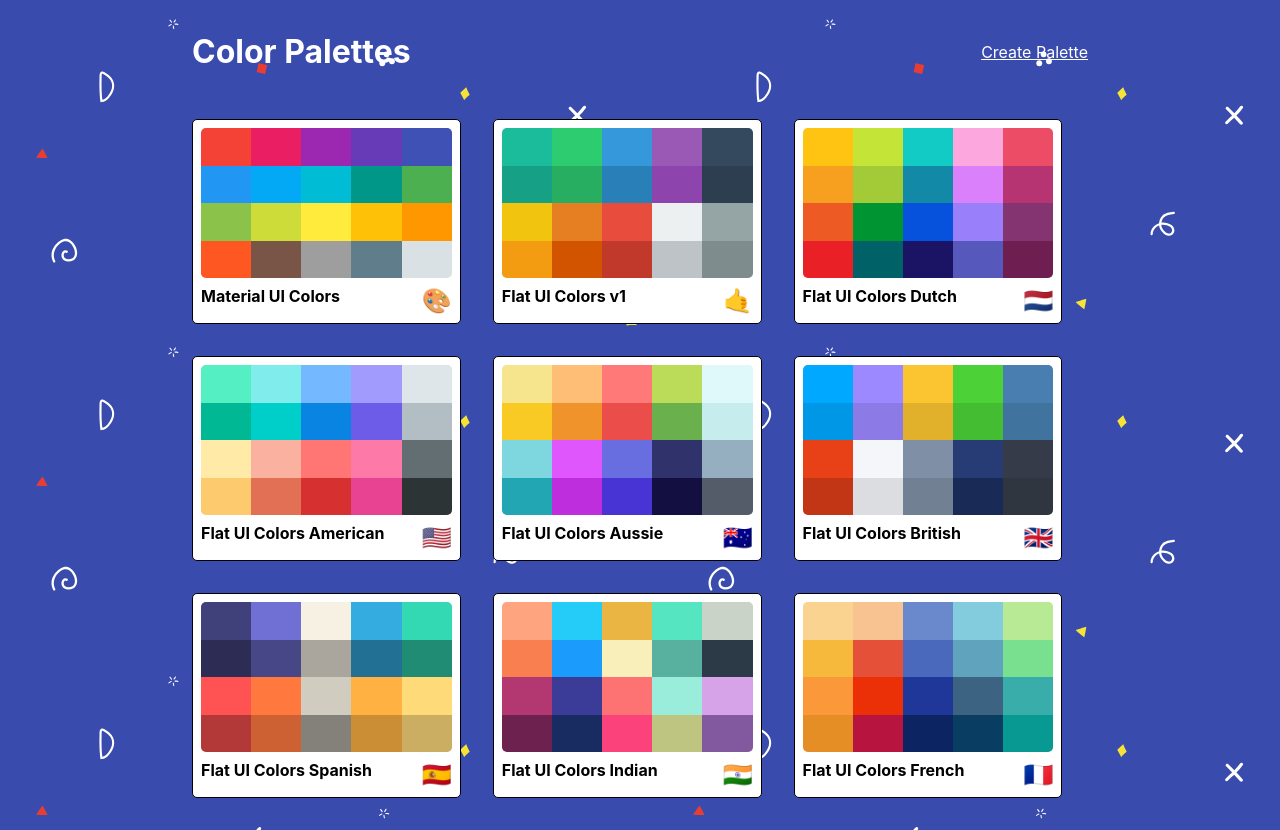
Repository: zhapar/colors-app
Page: /
An editor plug-in stored every save of this project. The page is shown before and after the next save, followed by the edit.
The browser window is 1280 px wide. The pictures show the whole page.
The project was rebuilt for these pictures with package versions that can differ from the ones it lists, and the page was loaded fresh each time. Also part of the build but not shown: src/styles/ColorBoxStyles.js, src/ColorBox.js, src/styles/PaletteFooterStyles.js, src/PaletteFooter.js, src/styles/PaletteStyles.js, src/Palette.js, src/SingleColorPalette.js. Imported but missing from the stored project, and not drawn on this page: src/Navbar, src/NewPaletteForm.

Above is the page before, as saved 2020-09-24 13:11:20.

### public/index.html
<!DOCTYPE html>
<html lang="en">
  <head>
    <meta charset="utf-8" />
    <link rel="icon" href="%PUBLIC_URL%/logo.png" />
    <meta name="viewport" content="width=device-width, initial-scale=1" />
    <meta name="theme-color" content="#000000" />
    <meta
      name="description"
      content="Web site created using create-react-app"
    />
    <link rel="apple-touch-icon" href="%PUBLIC_URL%/logo.png" />
    <!--
      manifest.json provides metadata used when your web app is installed on a
      user's mobile device or desktop. See https://developers.google.com/web/fundamentals/web-app-manifest/
    -->
    <link rel="manifest" href="%PUBLIC_URL%/manifest.json" />
    <!--
      Notice the use of %PUBLIC_URL% in the tags above.
      It will be replaced with the URL of the `public` folder during the build.
      Only files inside the `public` folder can be referenced from the HTML.

      Unlike "/favicon.ico" or "favicon.ico", "%PUBLIC_URL%/favicon.ico" will
      work correctly both with client-side routing and a non-root public URL.
      Learn how to configure a non-root public URL by running `npm run build`.
    -->
    <title>React Color Palettes</title>
  </head>
  <body>
    <noscript>You need to enable JavaScript to run this app.</noscript>
    <div id="root"></div>
    <!--
      This HTML file is a template.
      If you open it directly in the browser, you will see an empty page.

      You can add webfonts, meta tags, or analytics to this file.
      The build step will place the bundled scripts into the <body> tag.

      To begin the development, run `npm start` or `yarn start`.
      To create a production bundle, use `npm run build` or `yarn build`.
    -->
  </body>
</html>

### src/App.js
import React, { Component } from "react";
import { Switch, Route } from "react-router-dom";
import { TransitionGroup, CSSTransition } from "react-transition-group";
import PaletteList from "./PaletteList";
import Palette from "./Palette";
import NewPaletteForm from "./NewPaletteForm";
import SingleColorPalette from "./SingleColorPalette";
import Page from "./Page";
import seedColors from "./seedColors";
import { generatePalette } from "./colorHelpers";

class App extends Component {
  constructor(props) {
    super(props);
    const savedPalettes = JSON.parse(window.localStorage.getItem("palettes"));
    this.state = {
      palettes: savedPalettes || seedColors,
    };
    this.savePalette = this.savePalette.bind(this);
    this.deletePalette = this.deletePalette.bind(this);
  }
  findPalette(id) {
    return this.state.palettes.find(function (palette) {
      return palette.id === id;
    });
  }
  savePalette(newPalette) {
    this.setState(
      { palettes: [...this.state.palettes, newPalette] },
      this.syncLocalStorage
    );
  }
  deletePalette(id) {
    this.setState(
      (st) => ({
        palettes: st.palettes.filter((palette) => palette.id !== id),
      }),
      this.syncLocalStorage
    );
  }
  syncLocalStorage() {
    window.localStorage.setItem(
      "palettes",
      JSON.stringify(this.state.palettes)
    );
  }
  render() {
    const { palettes } = this.state;
    return (
      <Route
        render={({ location }) => (
          <TransitionGroup>
            <CSSTransition key={location.key} classNames="fade" timeout={500}>
              <Switch location={location}>
                <Route
                  exact
                  path="/palette/new"
                  render={(routeProps) => (
                    <Page>
                      <NewPaletteForm
                        savePalette={this.savePalette}
                        palettes={palettes}
                        {...routeProps}
                      />
                    </Page>
                  )}
                />
                <Route
                  exact
                  path="/"
                  render={(routeProps) => (
                    <Page>
                      <PaletteList
                        palettes={palettes}
                        {...routeProps}
                        deletePalette={this.deletePalette}
                      />
                    </Page>
                  )}
                />
                <Route
                  exact
                  path="/palette/:id"
                  render={(routeProps) => (
                    <Page>
                      <Palette
                        palette={generatePalette(
                          this.findPalette(routeProps.match.params.id)
                        )}
                      />
                    </Page>
                  )}
                />
                <Route
                  exact
                  path="/palette/:paletteId/:colorId"
                  render={(routeProps) => (
                    <Page>
                      <SingleColorPalette
                        palette={generatePalette(
                          this.findPalette(routeProps.match.params.paletteId)
                        )}
                        colorId={routeProps.match.params.colorId}
                      />
                    </Page>
                  )}
                />
                <Route
                  render={(routeProps) => (
                    <Page>
                      <PaletteList
                        palettes={palettes}
                        {...routeProps}
                        deletePalette={this.deletePalette}
                      />
                    </Page>
                  )}
                />
              </Switch>
            </CSSTransition>
          </TransitionGroup>
        )}
      />

      // <div>
      //   <Palette palette={generatePalette(seedColors[1])} />
      // </div>
    );
  }
}

export default App;

### src/PaletteList.js
import React, { PureComponent } from "react";
import { TransitionGroup, CSSTransition } from "react-transition-group";
import { Link } from "react-router-dom";
import MiniPalette from "./MiniPalette";
import { withStyles } from "@material-ui/styles";
import Dialog from "@material-ui/core/Dialog";
import List from "@material-ui/core/List";
import ListItem from "@material-ui/core/ListItem";
import ListItemText from "@material-ui/core/ListItemText";
import Avatar from "@material-ui/core/Avatar";
import ListItemAvatar from "@material-ui/core/ListItemAvatar";
import CheckIcon from "@material-ui/icons/Check";
import CloseIcon from "@material-ui/icons/Close";
import DialogTitle from "@material-ui/core/DialogTitle";
import styles from "./styles/PaletteListStyles";
import blue from "@material-ui/core/colors/blue";
import red from "@material-ui/core/colors/red";

class PaletteList extends PureComponent {
  constructor(props) {
    super(props);
    this.state = {
      isDeleteDialogOpen: false,
      deletingItemId: "",
    };
    this.openDialog = this.openDialog.bind(this);
    this.closeDialog = this.closeDialog.bind(this);
    this.handleDelete = this.handleDelete.bind(this);
    this.goToPalette = this.goToPalette.bind(this);
  }

  openDialog(id) {
    this.setState({ isDeleteDialogOpen: true, deletingItemId: id });
  }

  closeDialog() {
    this.setState({ isDeleteDialogOpen: false, deletingItemId: "" });
  }

  handleDelete() {
    this.props.deletePalette(this.state.deletingItemId);
    this.closeDialog();
  }

  goToPalette(id) {
    this.props.history.push(`/palette/${id}`);
  }
  render() {
    const { palettes, classes } = this.props;
    const { isDeleteDialogOpen } = this.state;
    return (
      <div className={classes.root}>
        <div className={classes.container}>
          <nav className={classes.nav}>
            <h1 className={classes.title}>Color Palettes</h1>
            <Link to="/palette/new">Create Palette</Link>
          </nav>
          <TransitionGroup className={classes.palettes}>
            {palettes.map((palette) => (
              <CSSTransition key={palette.id} classNames="fade" timeout={500}>
                <MiniPalette
                  {...palette}
                  key={palette.id}
                  goToPalette={this.goToPalette}
                  handleDelete={this.openDialog}
                />
              </CSSTransition>
            ))}
          </TransitionGroup>
        </div>
        <Dialog
          open={isDeleteDialogOpen}
          aria-labelledby="delete-dialog-title"
          onClose={this.closeDialog}
        >
          <DialogTitle id="delete-dialog-title">
            Delete This Palette?
          </DialogTitle>

          <List>
            <ListItem button onClick={this.handleDelete}>
              <ListItemAvatar>
                <Avatar
                  style={{ backgroundColor: blue[100], color: blue[600] }}
                >
                  <CheckIcon />
                </Avatar>
              </ListItemAvatar>
              <ListItemText primary="Delete" />
            </ListItem>
            <ListItem button onClick={this.closeDialog}>
              <ListItemAvatar>
                <Avatar style={{ backgroundColor: red[100], color: red[600] }}>
                  <CloseIcon />
                </Avatar>
              </ListItemAvatar>
              <ListItemText primary="Cancel" />
            </ListItem>
          </List>
        </Dialog>
      </div>
    );
  }
}

export default withStyles(styles)(PaletteList);

### src/Page.js
import React from "react";
import { withStyles } from "@material-ui/core/styles";
import styles from "./styles/PageStyles.js";
import "./styles/Page.css";

function Page({ children }) {
  return <section className="page">{children}</section>;
}

export default withStyles(styles)(Page);

### src/colorHelpers.js
import chroma from "chroma-js";

const levels = [50, 100, 200, 300, 400, 500, 600, 700, 800, 900];

function generatePalette(starterPalette) {
  let newPalette = {
    paletteName: starterPalette.paletteName,
    id: starterPalette.id,
    emoji: starterPalette.emoji,
    colors: {},
  };
  for (let level of levels) {
    newPalette.colors[level] = [];
  }
  for (let color of starterPalette.colors) {
    let scale = getScale(color.color, 10).reverse();
    for (let i in scale) {
      newPalette.colors[levels[i]].push({
        name: `${color.name} ${levels[i]}`,
        id: color.name.toLowerCase().replace(/ /g, "-"),
        hex: scale[i],
        rgb: chroma(scale[i]).css(),
        rgba: chroma(scale[i])
          .css()
          .replace("rgb", "rgba")
          .replace(")", ",1.0)"),
      });
    }
  }

  return newPalette;
}

function getRange(hexColor) {
  const end = "#fff";
  return [chroma(hexColor).darken(1.4).hex(), hexColor, end];
}

function getScale(hexColor, numberOfColors) {
  return chroma.scale(getRange(hexColor)).mode("lab").colors(numberOfColors);
}

export { generatePalette };

### src/MiniPalette.js
import React, { Component } from "react";
import { withStyles } from "@material-ui/styles";
import DeleteIcon from "@material-ui/icons/Delete";
import styles from "./styles/MiniPaletteStyles";

class MiniPalette extends Component {
  constructor(props) {
    super(props);
    this.handleDelete = this.handleDelete.bind(this);
    this.handleClick = this.handleClick.bind(this);
  }

  handleDelete(e) {
    e.stopPropagation();
    this.props.handleDelete(this.props.id);
  }

  handleClick() {
    this.props.goToPalette(this.props.id);
  }

  render() {
    const { classes, paletteName, emoji, colors } = this.props;

    const miniColorBoxes = colors.map((color) => (
      <div
        className={classes.miniColor}
        style={{ backgroundColor: color.color }}
        key={color.name}
      ></div>
    ));
    return (
      <div className={classes.root} onClick={this.handleClick}>
        <DeleteIcon
          className={classes.deleteIcon}
          style={{ transition: "all 0.3s ease-in-out" }}
          onClick={this.handleDelete}
        />
        <div className={classes.colors}>{miniColorBoxes}</div>
        <h5 className={classes.title}>
          {paletteName} <span className={classes.emoji}>{emoji}</span>{" "}
        </h5>
      </div>
    );
  }
}

export default withStyles(styles)(MiniPalette);

### src/styles/PaletteListStyles.js
import sizes from "./sizes";
import bg from "./bg.svg";

export default {
  "@global": {
    ".fade-exit": {
      opacity: "1",
    },
    ".fade-exit-active": {
      opacity: "0",
      transition: "opacity 500ms ease-out",
    },
  },
  root: {
    height: `100%`,
    display: "flex",
    alignItems: "flex-start",
    justifyContent: "center",
    // background by SVGBackgrounds.com
    background: `#394bad url(${bg}) right top`,
    overflowY: "scroll",
  },
  title: {
    fontSize: "2rem",
    [sizes.down("xs")]: {
      fontSize: "1.6rem",
    },
  },
  container: {
    width: "55%",
    display: "flex",
    alignItems: "flex-start",
    flexDirection: "column",
    flexWrap: "wrap",
    [sizes.down("xl")]: {
      width: "70%",
    },
  },
  nav: {
    display: "flex",
    width: "100%",
    justifyContent: "space-between",
    alignItems: "center",
    color: "#fff",
    [sizes.down("xs")]: {
      fontSize: "0.8rem",
    },
    "& a": {
      color: "#fff",
    },
  },
  palettes: {
    boxSizing: "border-box",
    width: "100%",
    display: "grid",
    gridTemplateColumns: "repeat(3, 30%)",
    gridGap: "2rem",
    padding: "1rem 0 2rem",
    [sizes.down("md")]: {
      gridTemplateColumns: "repeat(2, 50%)",
    },
    [sizes.down("xs")]: {
      gridTemplateColumns: "repeat(1, 100%)",
      gridGap: "1rem",
    },
  },
};

### src/styles/MiniPaletteStyles.js
export default {
  root: {
    backgroundColor: "white",
    border: "1px solid black",
    borderRadius: "5px",
    padding: "0.5rem",
    position: "relative",
    overflow: "hidden",
    cursor: "pointer",
    "&:hover svg": {
      opacity: "1",
    },
  },
  colors: {
    backgroundColor: "#dae1e4",
    height: "150px",
    width: "100%",
    borderRadius: "5px",
    overflow: "hidden",
    display: "flex",
    flexWrap: "wrap",
    alignContent: "flex-start",
    justifyContent: "flex-start",
  },
  title: {
    display: "flex",
    justifyContent: "space-between",
    alignItem: "center",
    fontSize: "1rem",
    margin: "0",
    color: "black",
    paddingTop: "0.5rem",
    position: "relative",
  },
  emoji: {
    marginLeft: "0.5rem",
    fontSize: "1.5rem",
  },
  miniColor: {
    height: "25%",
    width: "20%",
    display: "inline-block",
    margin: "0",
    position: "relative",
  },
  deleteIcon: {
    color: "white",
    backgroundColor: "#eb3d30",
    position: "absolute",
    top: "0",
    right: "0",
    padding: "10px",
    width: "20px",
    height: "20px",
    zIndex: "10",
    opacity: "0",
    transition: "all 0.3s ease-in-out",
  },
};

### src/styles/sizes.js
export default {
  up() {},
  down(size) {
    const sizes = {
      xs: "575.98px",
      sm: "767.98px",
      md: "991.98px",
      lg: "1199.98px",
      xl: "1400px",
    };
    return `@media (max-width: ${sizes[size]})`;
  },
};

### src/styles/Page.css
.fade-enter {
  opacity: 0 !important;
}

.fade-enter-active {
  opacity: 1 !important;
}

.fade-exit-active {
  opacity: 0 !important;
}

Loaded but not shown: src/index.js (common file); src/index.css (common file); src/serviceWorker.js (common file); src/seedColors.js (244 lines, source omitted); src/styles/PageStyles.js (no stored copy; drawn as an empty file)

After the next save:
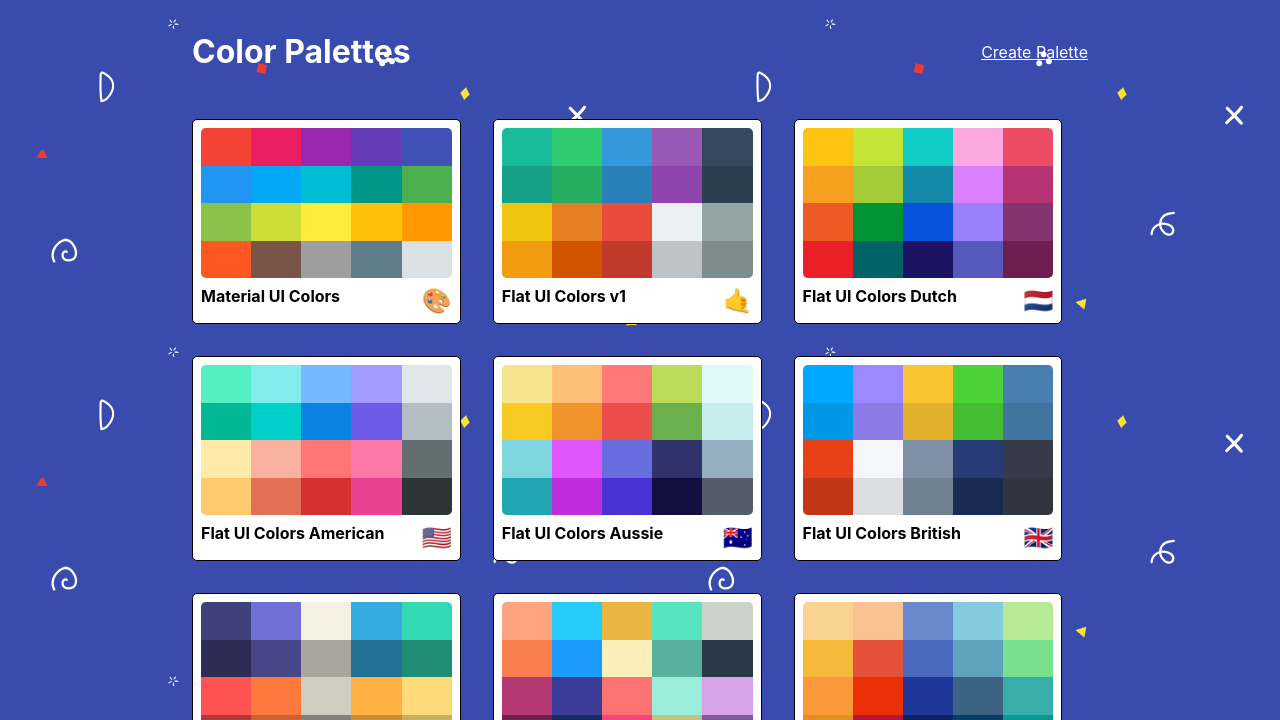
Saved 38 s later.
--- a/src/styles/Page.css
+++ b/src/styles/Page.css
@@ -1,3 +1,10 @@
+.page {
+  width: 100%;
+  position: fixed;
+  top: 0;
+  transition: opacity 0.5s ease-in-out !important;
+}
+
 .fade-enter {
   opacity: 0 !important;
 }
